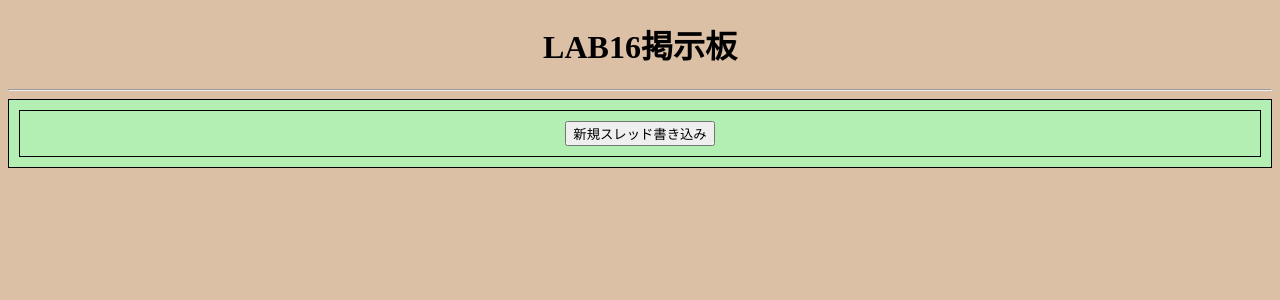
Repository: daidai0602/mba_portal
Page: http://localhost/php_2chan/
An editor plug-in stored every save of this project. The page is shown before and after the next save, followed by the edit.
The browser window is 1280 px wide. The pictures show the whole page.
The page is run by PHP 8.4 with error messages shown; the project is at /var/www/html/. Queries for data that is not in the repository find no rows.

Above is the page before, as saved 2023-12-04 16:31:23.

### index.php
<?php

include_once("./app/database/connect.php");

?>

<!DOCTYPE html>
<html lang="en">

<head>
    <meta charset="UTF-8">
    <meta http-equiv="X-UA-Compatible" content="IE=edge">
    <meta name="viewport" content="width=device-width, initial-scale=1.0">
    <title>掲示板</title>
    <link rel="stylesheet" href="./assets/css/style.css">
</head>

<body>
    <?php include("app/parts/header.php"); ?>
    <?php include("app/parts/validation.php"); ?>
    <?php include("app/parts/thread.php"); ?>
    <?php include("app/parts/newThreadButton.php"); ?>
</body>

</html>

### app/database/connect.php
<?php
$user = "root";

//DBと接続
try{
  $pdo = new PDO('mysql:host=localhost;dbname=2chan-bbs', $user, "");
} catch (PDOException $error){
  echo $error->getMessage();
}

### app/parts/header.php
<header>
    <h1 class="title">LAB16掲示板</h1>
    <hr>
</header>

### app/parts/validation.php
    <!-- バリデーションチェックのエラー文吐きだし -->
    <?php if (isset($error_message)) : ?>
        <ul class="errorMessage">
            <?php foreach ($error_message as $error) : ?>
                <li><?php echo $error ?></li>
            <?php endforeach; ?>
        </ul>
    <?php endif; ?>

### app/parts/thread.php
<?php
include_once("./app/database/connect.php");
include("app/functions/comment_add.php");
include("app/functions/thread_get.php");
?>

<?php foreach ($thread_array as $thread) : ?>
    <div class="threadWrapper">
        <div class="childWrapper">
            <div class="threadTitle">
                <span>【タイトル】</span>
                <h1><?php echo $thread["title"] ?></h1>
            </div>

            <?php include("commentSection.php"); ?>
            <?php include("commentForm.php"); ?>

        </div>
    </div>
<?php endforeach ?>

### app/functions/comment_add.php
<?php
$error_message = array();

if (isset($_POST["submitButton"])) {

  //お名前入力チェック
  if(empty($_POST['username'])){
    $error_message["username"] = "お名前を入力してください。";
  }else {
    //エスケープ処理
    $escaped["username"] = htmlspecialchars($_POST["username"], ENT_QUOTES, "UTF-8");
  }
    //コメント入力チェック
  if(empty($_POST["body"])){
    $error_message["body"] = "コメントを入力してください。";
  } else {
    //エスケープ処理
    $escaped["body"] = htmlspecialchars($_POST["body"], ENT_QUOTES, "UTF-8");
  }

  if(empty($error_message)){
      $post_date = date("Y-m-d H:i:s");

      $sql = "INSERT INTO `comment` (`username`, `body`, `post_date`, `thread_id` )
      VALUES (:username, :body, :post_date, :thread_id);";
      $statement = $pdo->prepare($sql);

      //値をセットする
      $statement->bindParam(":username", $escaped["username"], PDO::PARAM_STR);
      $statement->bindParam(":body", $escaped["body"], PDO::PARAM_STR);
      $statement->bindParam(":post_date", $post_date, PDO::PARAM_STR);
      $statement->bindParam(":thread_id", $_POST["threadID"], PDO::PARAM_STR);

      $statement->execute();
  }
}

### app/functions/thread_get.php
<?php
$thread_array = array();

//コメントデータをテーブルから取得してくる.
$sql = "SELECT * FROM thread";
$statement = $pdo->prepare($sql);
$statement->execute();

$thread_array = $statement;

### app/parts/newThreadButton.php
<div class="newThreadWrapper">
  <div class="newChildThreadWrapper">
    <button><a href="app/pages/createThread.php">新規スレッド書き込み</a></button>
  </div>
</div>

### assets/css/style.css
body {
  background-color: #dcc0a6;
}
.title {
  text-align: center;
  font-style: 34px;
}
.threadWrapper {
  background-color: #f3eded;
  padding: 10px;
  max-width: 1300px;
  margin: 0px auto;
  border: 1px solid black;
  margin-bottom: 20px;
}
.childWrapper {
  border: 1px solid black;
  padding: 10px;
}
.threadTitle {
  display: flex;
  align-items: center;
  font-weight: 600;
  margin-left: 6px;
  height: 60px;
}
.threadTitle h1{
  color: red;
  margin-left: 3px;
  font-size: 27px;
}
section {
  padding: 0 10px;
}
section .nameArea {
  display: flex;
  align-items: center;
  margin-bottom: -14px;
}

section .username {
  color: rgb(0, 128, 9);
  font-weight: 700;
}

section .comment {
  margin-top: 0;
  margin-left:20px;
}

.formWrapper {
  padding: 16px;
  margin-left: 20px;
}

.commentTextArea {
  margin-top: 20px;
  width: 500px;
  height: 90px;
  resize: none;
}

.errorMessage {
  color: red;
  margin-left: 70px;
}

/*新規スレッド*/

.newThreadWrapper {
  background-color: #b3eeb3;
  padding: 10px;
  max-width: 1300px;
  margin: 0 auto;
  border: 1px solid black;
  margin-bottom: 20px;
}

.newChildThreadWrapper {
  text-align: center;
  padding: 10px;
  border: 1px solid black;
}

.newChildThreadWrapper button a {
  width: 150px;
  color: black;
  text-decoration: none;
}

After the next save:
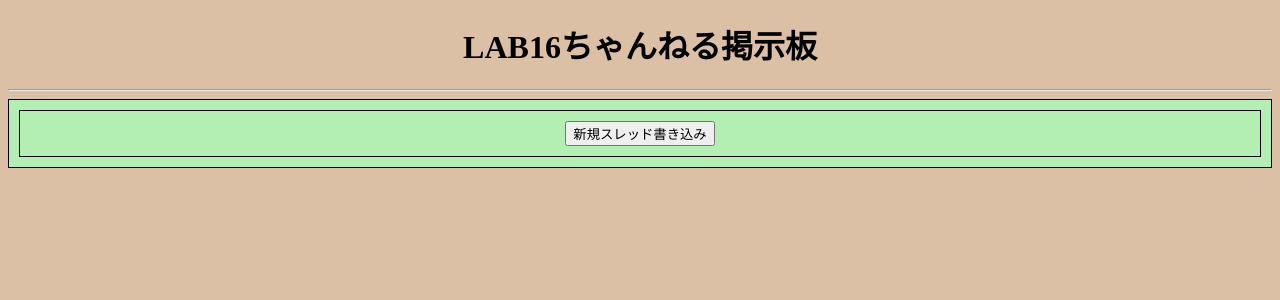
Saved 5 s later.
--- a/app/parts/header.php
+++ b/app/parts/header.php
@@ -1,4 +1,4 @@
 <header>
-    <h1 class="title">LAB16掲示板</h1>
+    <h1 class="title">LAB16ちゃんねる掲示板</h1>
     <hr>
 </header>
